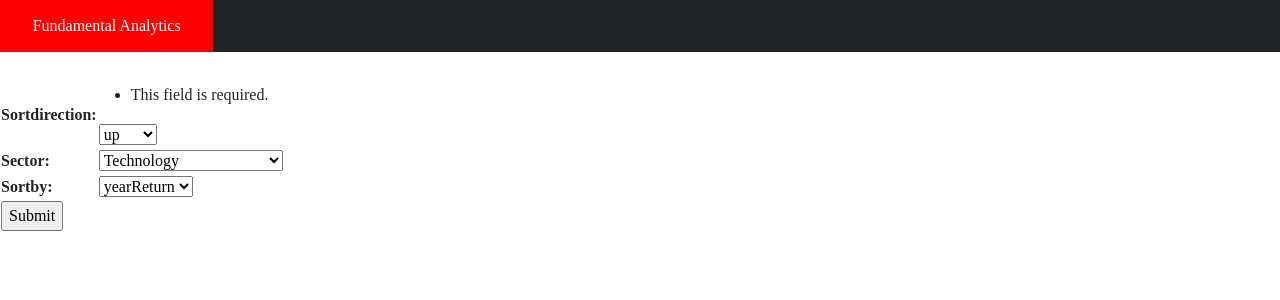
Repository: brendan12372/theSite
Page: http://localhost/
These files come from the project's save history. The page is drawn as it stood at one moment and after a run of saves; the edit follows.
The browser window is 1280 px wide. The pictures show the whole page.
The page is served by the project's application, run on Django 4.2 (manage.py).

Above is the page before, as saved 2022-03-18 13:46:10.

After the next 3 saves:
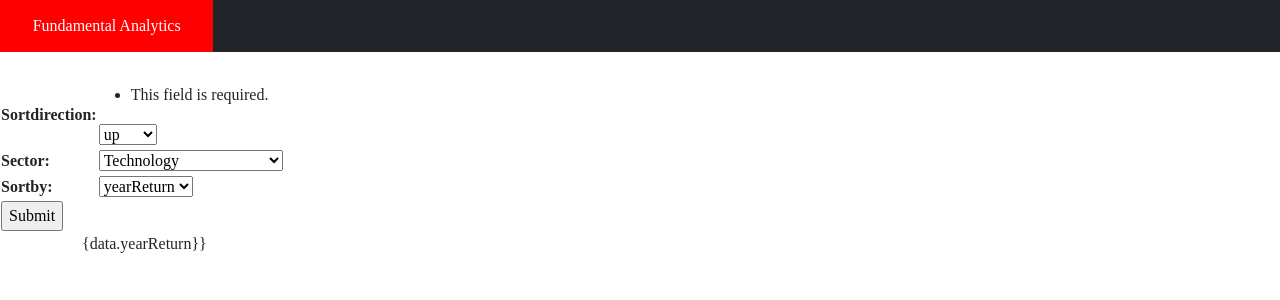
The 3 saves are shown as one change because 2 did not build or start.
The last was saved 2 min 8 s later.
--- a/stocks/templates/test3.html
+++ b/stocks/templates/test3.html
@@ -41,7 +41,7 @@
 
 
     <div class="container">
-        {{data.url}}
+        {data.yearReturn}}
         <table>
             <tbody>
                 {% for key,val in data.items %}
